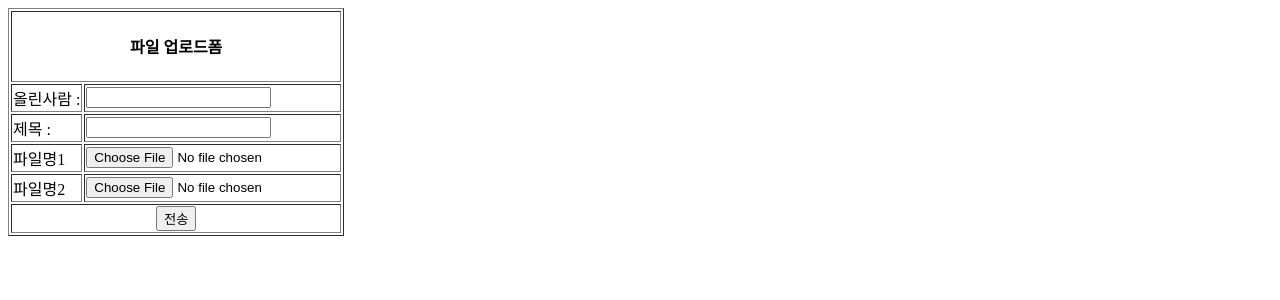
Repository: gunvv00/jsp
Page: http://localhost/FileUpLoad/fileCheck.jsp
An editor plug-in stored every save of this project. The page is shown before and after the next save, followed by the edit.
The browser window is 1280 px wide. The pictures show the whole page.
The page is served by Tomcat 9.

Above is the page before, as saved 2020-04-27 06:17:13.

After the next save:
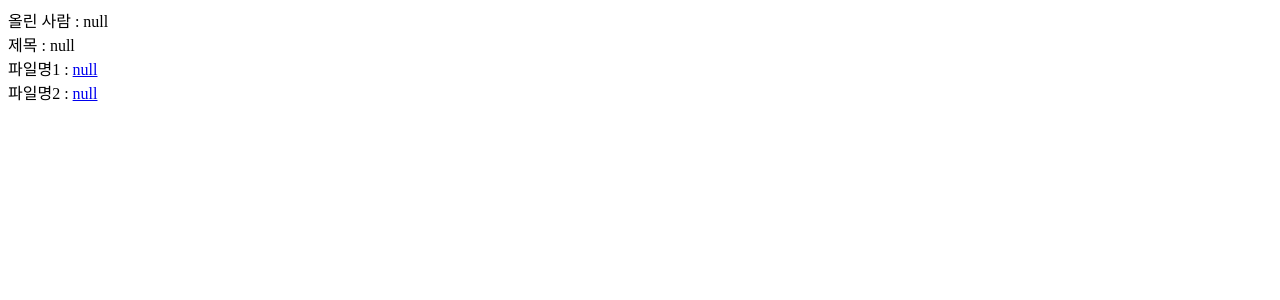
Saved 36 s later.
--- a/FileUpLoad/WebContent/fileCheck.jsp
+++ b/FileUpLoad/WebContent/fileCheck.jsp
@@ -1,37 +1,19 @@
-<%@ page language="java" contentType="text/html; charset=EUC-KR"
-    pageEncoding="EUC-KR"%>
-<!DOCTYPE html>
+<%@ page language="java" contentType="text/html; charset=EUC-KR"%>
+<%
+ request.setCharacterEncoding("euc-kr");
+ String name=request.getParameter("name");
+ String subject=request.getParameter("subject");
+ String filename1=request.getParameter("filename1");
+ String filename2=request.getParameter("filename2");
+%>
 <html>
 <head>
-<meta charset="EUC-KR">
-<title>Insert title here</title>
+<title>파일 업로드 확인 및 다운로드</title>
 </head>
 <body>
-<form action="fileUpload.jsp" enctype="multipart/form-data">
-<table border="1" >
-	<tr>
-		<td colspan="2" align="center"><h4>파일 업로드폼</h4></td>
-	</tr>
-	<tr>
-		<td>올린사람 : </td>
-		<td><input type="text" name = "userName"></td>
-	</tr>
-	<tr>
-		<td>제목 : </td>
-		<td><input type="text" name = "title"></td>
-	</tr>
-	<tr>
-		<td>파일명1</td>
-		<td align="right"><input type="file" name = "file1" value="찾아보기"></td>
-	</tr>
-	<tr>
-		<td>파일명2</td>
-		<td align="right"><input type="file" name = "file2" value="찾아보기"></td>
-	</tr>
-	<tr>
-		<td colspan="2" align="center"><input type="submit" value="전송"></td>
-	</tr>
-</table>
-</form>
+올린 사람 : <%=name %><br>
+제목 : <%=subject %><br>
+파일명1 : <a href="upload/<%=filename1 %>"><%=filename1 %></a><br>
+파일명2 : <a href="upload/<%=filename2 %>"><%=filename2 %></a><p>
 </body>
 </html>
